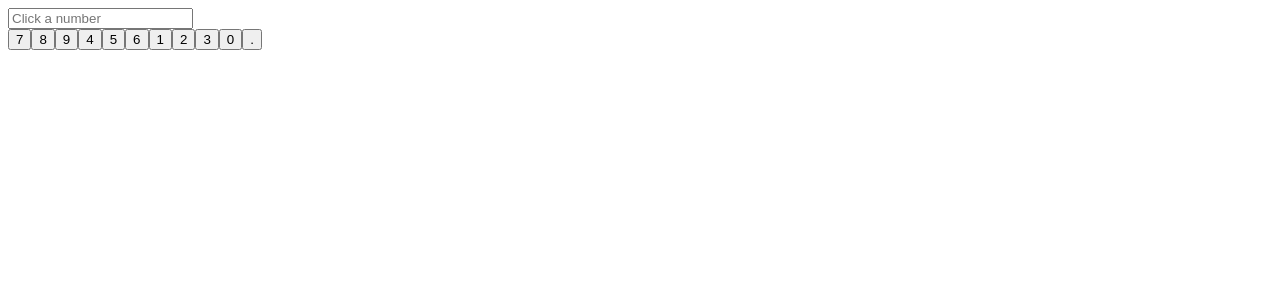
Repository: Marivic-SLRS/ReactJS-Basic-Calculator
Page: /
An editor plug-in stored every save of this project. The page is shown before and after a run of saves, followed by the edit.
The browser window is 1280 px wide. The pictures show the whole page.
The project was rebuilt for these pictures with package versions that can differ from the ones it lists, and the page was loaded fresh each time.

Above is the page before, as saved 2025-07-30 17:25:21.

After the next 8 saves:
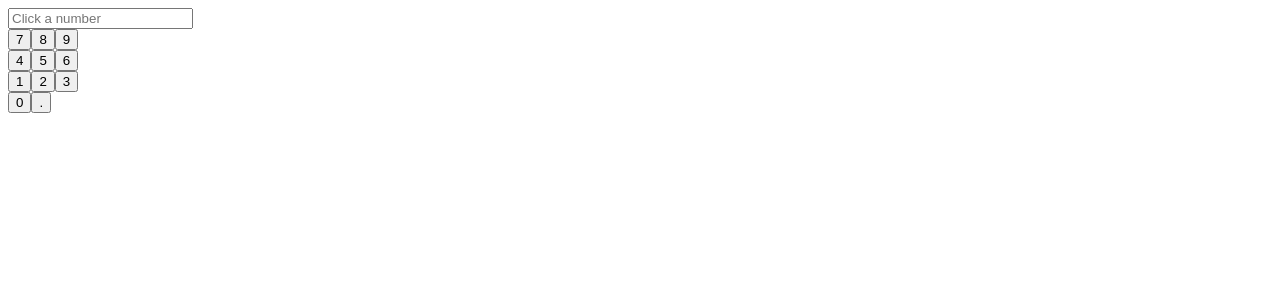
The 8 saves are shown as one change because they came seconds apart.
The last was saved 29 s later.
--- a/src/Components/Calculator.js
+++ b/src/Components/Calculator.js
@@ -11,28 +11,28 @@ function Calculator() {
                 />
             </div>
             <div>
-                <>
+                <div>
                     <button>7</button>
                     <button>8</button>
                     <button>9</button>
-                </>
-                <>
+                </div>
+                <div>
                     <button>4</button>
                     <button>5</button>
                     <button>6</button>
-                </>
+                </div>
 
-                <>
+                <div>
                     <button>1</button>
                     <button>2</button>
                     <button>3</button>
-                </>
+                </div>
 
-                <>
+                <div>
                     <button>0</button>
                     <button>.</button>
 
-                </>
+                </div>
 
             </div>
 
